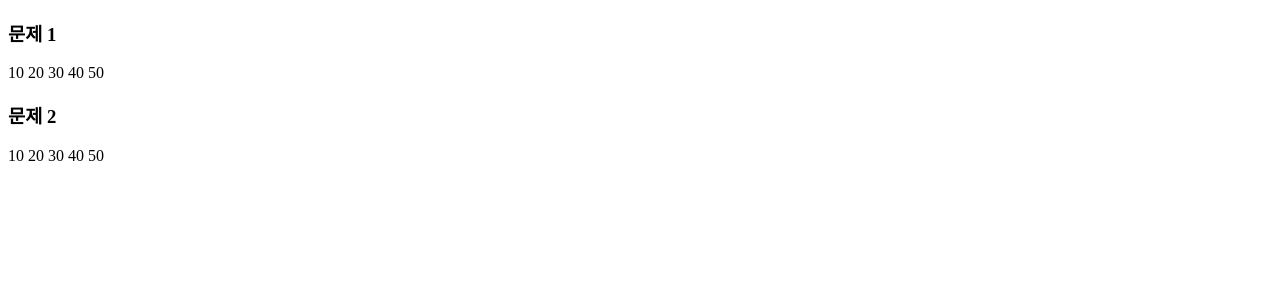
Repository: dadomin/2020JAVA
Page: http://localhost/20201damin/01_BasicJSP/ex06_문제.jsp
These files come from the project's save history. The page is drawn as it stood at one moment and after the next save; the edit follows.
The browser window is 1280 px wide. The pictures show the whole page.
The page is served by Tomcat 9.

Above is the page before, as saved 2020-06-03 12:39:51.

### first semester/20201damin/WebContent/01_BasicJSP/ex06_문제.jsp
<%@ page contentType="text/html; charset=UTF-8"%>
<!DOCTYPE html>
	<html>
	<head>
		<meta charset="UTF-8">
		<title>배열 문제</title>
	</head>
	<body>
		<% int[] arr = new int[5]; %>

		<h3>문제 1</h3>
		<%--
			문제 1) 10부터 50까지 arr 배열에 저장
			정답 1) 10 20 30 40 50
		 --%>
		<%
			for(int i = 0; i < arr.length; i++){
				arr[i] = 10 * (i+1);
		%>
				<%= arr[i] %>
		<%
			}
		 %>
		<br />

		<h3>문제 2</h3>
		<%--
			문제 2) 4의 배수만 출력
			정답 2) 20 40
		 --%>
		 <%
			for(int i = 0; i < arr.length; i++){
				if(arr[i] % 4 == 0)
		%>
				<%= arr[i] %>
		<%
			}
		 %>
		<%--
			문제 3) 4의 배수의 합 출력
			정답 3) 60
		 --%>
		<%--
			문제 4) 4의 배수의 개수 출력
			정답 4) 2
		 --%>
		<%--
			문제 5) 짝수의 개수 출력
			정답 5) 5
		 --%>
	</body>
</html>

After the next save:
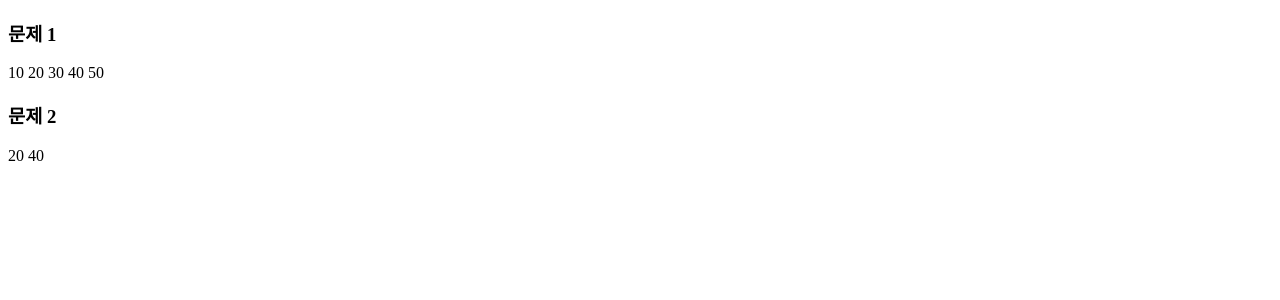
Saved 19 s later.
--- a/first semester/20201damin/WebContent/01_BasicJSP/ex06_문제.jsp
+++ b/first semester/20201damin/WebContent/01_BasicJSP/ex06_문제.jsp
@@ -30,10 +30,11 @@
 		 --%>
 		 <%
 			for(int i = 0; i < arr.length; i++){
-				if(arr[i] % 4 == 0)
+				if(arr[i] % 4 == 0) {
 		%>
-				<%= arr[i] %>
+					<%= arr[i] %>
 		<%
+				}
 			}
 		 %>
 		<%--
